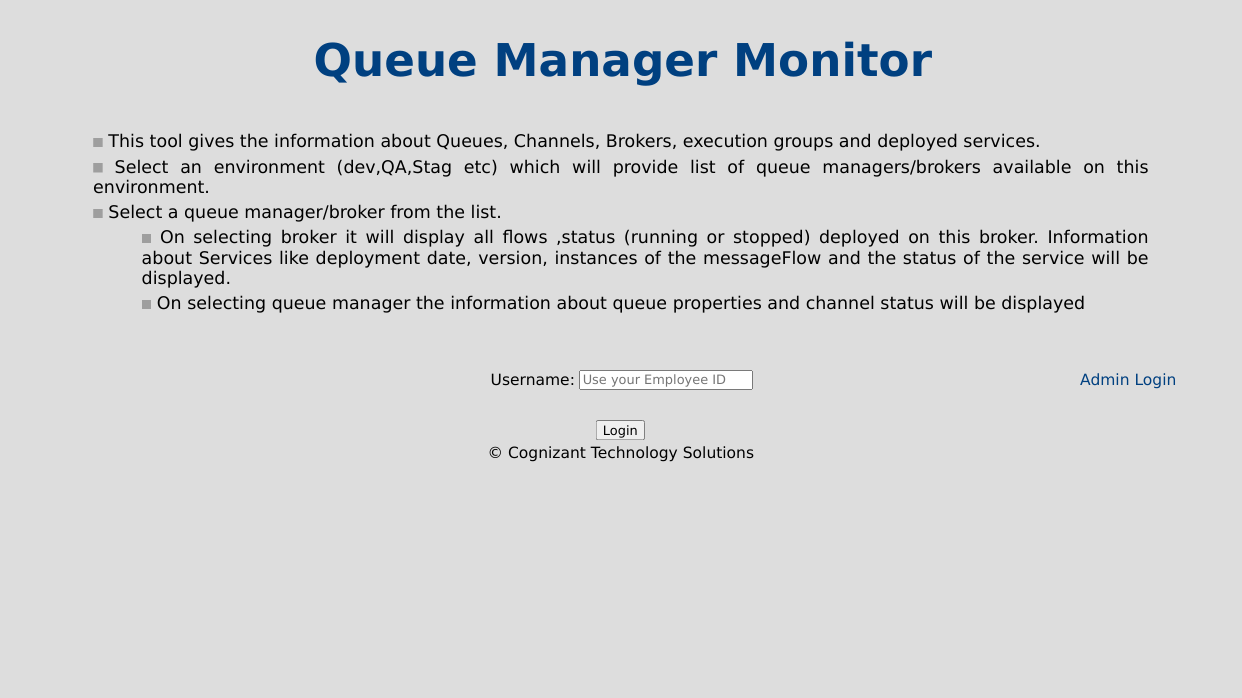
Repository: aarjavshah/ArjavProjects
Page: http://localhost/QmMonitor/
The author's editor kept a copy of each file at every save. The page is drawn from the files as they stood at one save, then again after the next save.
The browser window is 1280 px wide. The pictures show the whole page, at 97% of full size.
Pictures or frames that could not be fetched are drawn as grey boxes. The page is served by Tomcat 9.

Above is the page before, as saved 2016-11-28 15:14:04.

After the next save:
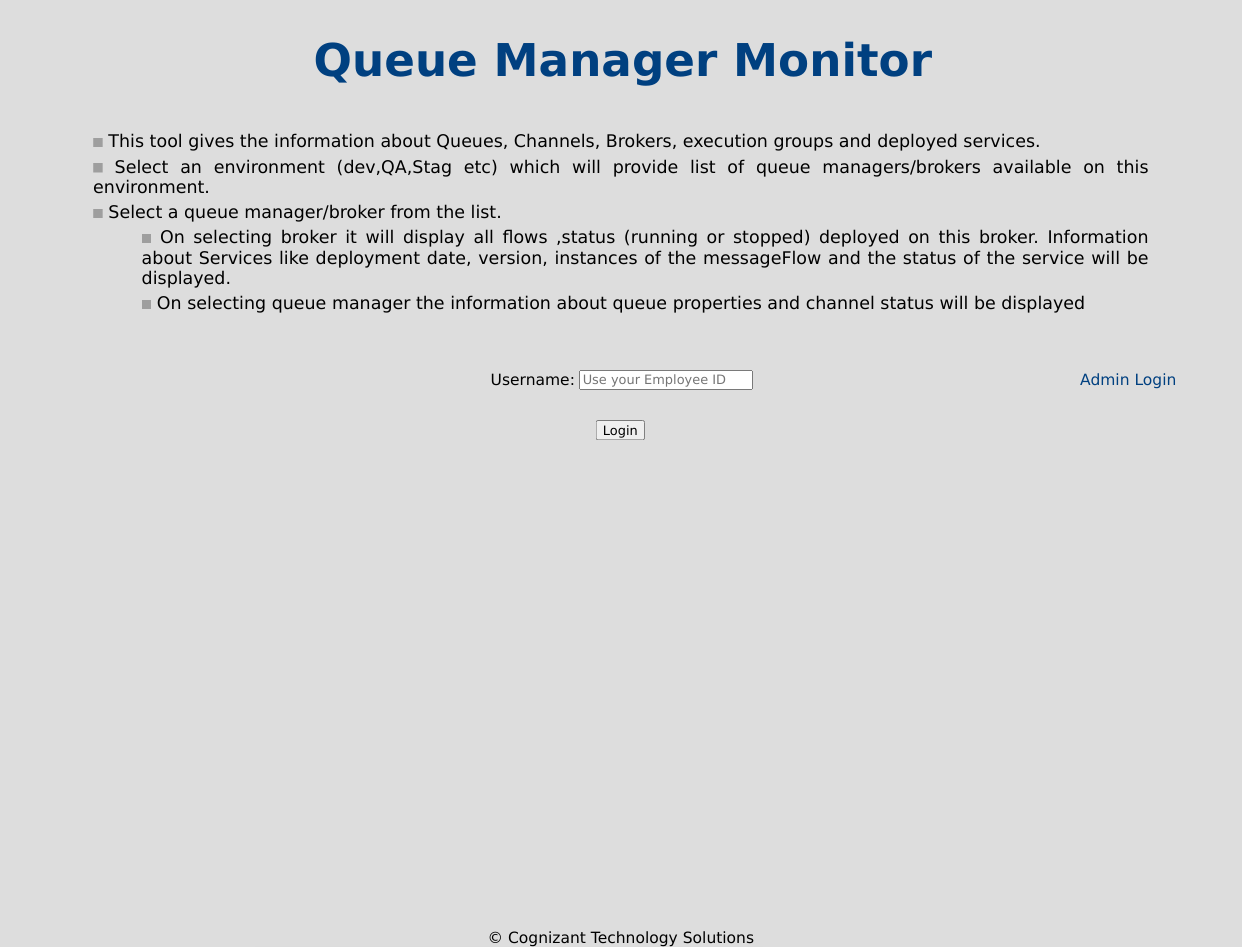
Saved 11 s later.
--- a/Java/ToolOct27ABN_Temp/QmMonitor/WebContent/collapse.css
+++ b/Java/ToolOct27ABN_Temp/QmMonitor/WebContent/collapse.css
@@ -286,5 +286,5 @@ width: 500px;
 }
 #footerCpy{
 	text-align:center;
-	padding-top:-10px;
-}
+	padding-top:500px;
+}
